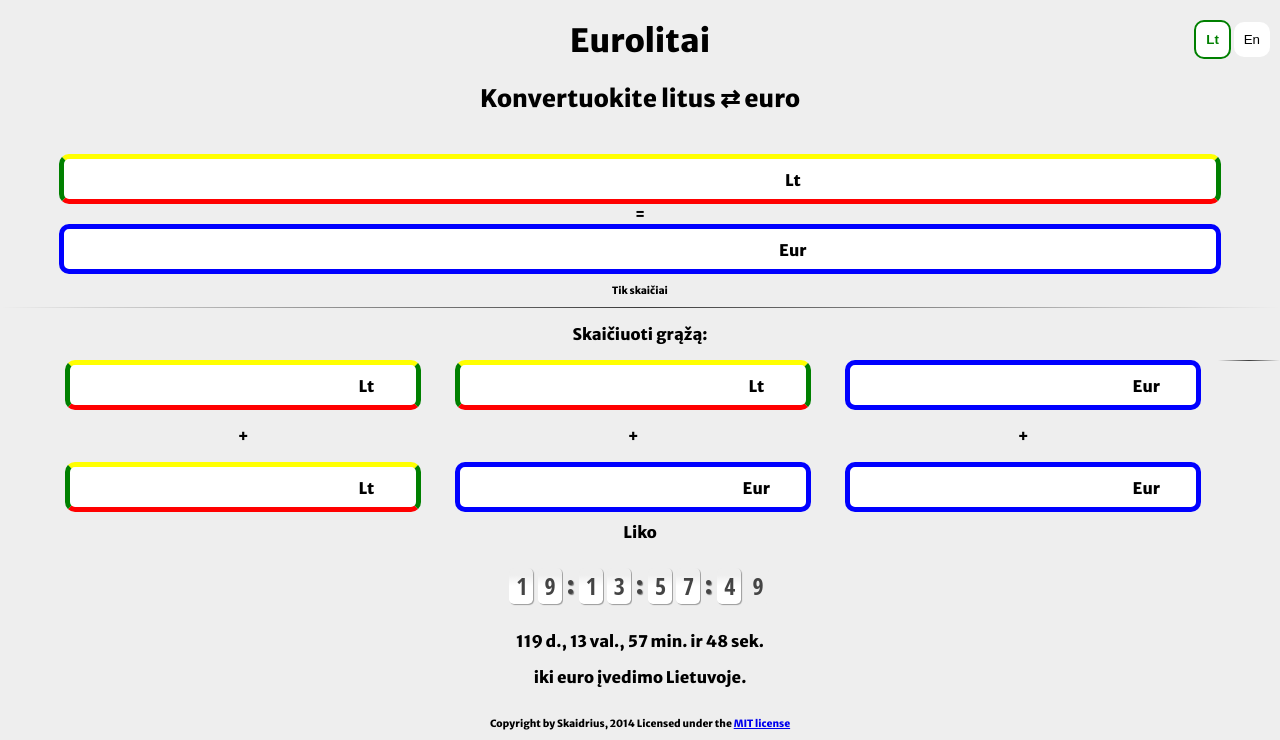
Repository: Skaidrius/eurolitai
Page: index.html
The author's editor kept a record of every edit. The page is drawn from the files as they stood at one moment, then again after the next edit.
The browser window is 1280 px wide. The pictures show the whole page.
Some web libraries are served in a nearby version.

Above is the page before.

### index.html
<!DOCTYPE html>
<html>
  <head>
    <meta charset="utf-8">
    <meta http-equiv="X-UA-Compatible" content="IE=edge,chrome=1">
    <title>Eurolitai</title>
    <meta name="title" content="Eurolitai">
    <meta name="description" content="litų į/iš euro konverteris convert LTL to/from EUR">
    <meta name="viewport" content="width=device-width" scallable="1">
    <link rel="stylesheet" type="text/css" href="style/style.css">

  </head>
  <body class="body">
    <!--calculate LTL <> Eur-->
    <div>
      <h1 class="center">Eurolitai</h1>
        <div class = "languages ">
          <button id="lithuanian" class="button round">Lt</button>
          <button id="english" class="button round">En</button>
        </div>
      <h2 class="center"><span class="lithuanian">Konvertuokite litus &#8644; euro<br> </span><span class="english">Easy convert LTL &#8644; EUR</span></h2><br>
    </div>
    <form class="form center">
      <!--LT box-->
      <div class="box lt round">
        <input class="input center" type="number" id="lt" name="lt">
        <label class="money" for="lt">Lt</label>
      </div>

      <div>&#61;<div>
      <!--En box-->
      <div class="box eur round">
        <input class="input center" type="number" id="eur" name="eur">
        <label class="money" for="eur">Eur</label>
      </div>

      <div id="error" class="alert">
        <p><span class="lithuanian">Tik skaičiai </span><span class="english"> Only numbers</span></p>
      </div>
    </form>
    <hr>
    <!--calculate change-->
    <div class="change">
      <div>
        <p><span class="lithuanian">Skaičiuoti grąžą: </span><span class="english"> Calculate change:</span></p>
        <div id="changeCalculator">
          <div class="third">
            <div class="box lt round">
              <input class="input center" type="number" id="changeLtLt1" name="lt">
              <label class="money" for="lt">Lt</label>
            </div>
            <p>+</p>
            <div class="box lt round">
              <input class="input center" type="number" id="changeLtLt2" name="lt">
              <label class="money" for="lt">Lt</label>
            </div>
          </div>
          <div class="third">
            <div class="box lt round">
              <input class="input center" type="number" id="changeLt" name="lt">
              <label class="money" for="lt">Lt</label>
            </div>
            <p>+</p>
            <div class="box eur round">
              <input class="input center" type="number" id="changeEur" name="eur">
              <label class="money" for="eur">Eur</label>
            </div>
          </div>
          <div class="third">
            <div class="box eur round">
              <input class="input center" type="number" id="changeEurEur1" name="eur">
              <label class="money" for="eur">Eur</label>
            </div>
            <p>+</p>
            <div class="box eur round">
              <input class="input center" type="number" id="changeEurEur2" name="eur">
              <label class="money" for="eur">Eur</label>
            </div>
          </div>
        </div>
      </div>
    </div>
      <!--explain change-->
    <div>
      <div id="explain"></div>
    </div>
    <hr>

    <!--countdown 'till 2015-01-01-->
    <div class = "center">
      <p><span class="english center">Until Euro in Lithuania </span>
      <span class="lithuanian center">Liko </span></p>
    </div>
		<div id="countdown"></div>

		<p id="note"></p>

      <div class="left">
        <span class="lithuanian center">iki euro įvedimo Lietuvoje.</span>
        <span class="english center">left.</span>
      </div>
    <script type="text/javascript" src="https://code.jquery.com/jquery-1.11.1.min.js"></script>
    <script type="text/javascript" src="script/main.js"></script>
    <script type="text/javascript" src="script/script.js"></script>
    <script type="text/javascript" src="script/countdown.js"></script>
  </body>
  <footer class="down center">Copyright by Skaidrius, 2014 Licensed under the <a href="http://opensource.org/licenses/MIT">MIT license</a></footer>
</html>

### style/style.css
@import url(http://fonts.googleapis.com/css?family=Merriweather+Sans:400,800&subset=latin,latin-ext);

/*body*/
.body {
  width:100%;
  margin: 0 auto;
  font: bold 16px 'Merriweather Sans', sans-serif;
  background: #eee;
  overflow-x: none;
}

#countDownBlock {
  padding: 10px;
}

.button {   padding: 10px;
  background: white;
  border: 3px #000;
}

.center {
  text-align: center;
  clear: both;
}

.box {
  text-align: center;
  background: white;
  margin: 0 auto;
  position: relative;
  max-width: 90%;
}

.input {
  display: inline-block;
  max-width: 65%;
  padding: 8px 12px;
  margin: 0;
  font-size: 1.3em;
  font-weight: bold;
  border: 0;
  position: relative;
  outline: 0;
  color: #53f;
}

.round {   border-radius: 10px; }

.active {
  border: 2px solid green;
  background: white;
  color: green;
  font-weight: bold;
}

.lt {
  border-top: 5px solid yellow;
  border-left: 5px solid green;
  border-right: 5px solid green;
  border-bottom: 5px solid red;
}

.eur {
  border: 5px solid blue;
  margin-bottom: 10px;
}

.money {
  padding-right: 5px;
}

.input::-webkit-outer-spin-button,
.input::-webkit-inner-spin-button {
    /* display: none; <- Crashes Chrome on hover */
    -webkit-appearance: none;
    margin: 0; /* <-- Apparently some margin are still there even though it's hidden */
}

.error {
  display: inline-block;
  font-size: 1em;
  font-weight: bold;
  padding: 10px;
  margin: 0 auto;
  margin-bottom: 1em;
  color: white;
  background-color: red;
}

.visible {  visibility: visible; }

.hidden { display: none; }

.languages {
  position: absolute;
  right: 10px;
  top: 20px;
}

.alert {   font-size: 10px; }

#countdown {
  margin: 10px auto;
}

.countdownHolder{
  padding-top: 10px;
	margin:0 auto;
	font: 24px/1.5 'Open Sans Condensed',sans-serif;
	text-align:center;
	letter-spacing:-3px;
}

.position{
	display: inline-block;
	height: 1.6em;
	overflow: hidden;
	position: relative;
	width: 1.05em;
}

.digit{
	position:absolute;
	display:block;
	width:1em;
	background-color:#eee;
	border-radius:0.2em;
	text-align:center;
	color:#444;
	letter-spacing:-1px;
}

.digit.static{
	box-shadow:1px 1px 1px rgba(4, 4, 4, 0.35);

	background-image: linear-gradient(bottom, #3A3A3A 50%, #444444 50%);
	background-image: -o-linear-gradient(bottom, #3A3A3A 50%, #444444 50%);
	background-image: -moz-linear-gradient(bottom, #3A3A3A 50%, #444444 50%);
	background-image: -webkit-linear-gradient(bottom, #3A3A3A 50%, #444444 50%);
	background-image: -ms-linear-gradient(bottom, #3A3A3A 50%, #444444 50%);

	background-image: -webkit-gradient(
		linear,
		left bottom,
		left top,
		color-stop(0.8, #eee),
		color-stop(0.5, #fff)
	);
}

/**
 * You can use these classes to hide parts
 * of the countdown that you don't need.
 */

.countDiv{
	display:inline-block;
	width:16px;
	height:1.6em;
	position:relative;
}

.countDiv:before,
.countDiv:after{
	position:absolute;
	width:5px;
	height:5px;
	background-color:#444;
	border-radius:50%;
	left:50%;
	margin-left:-3px;
	top:0.5em;
	box-shadow:1px 1px 1px rgba(4, 4, 4, 0.5);
	content:'';
}

.countDiv:after{
	top:0.9em;
}

.popular {
  display: inline-block;
}

.popular ul {
  margin-top: 0;
  padding: 0 10px;
  float: left;
  font-size: 0.7em;
  font: sans-serif;
}
.popular ul li{
  list-style: none;
}

hr {
    /* http://css-tricks.com/examples/hrs/ */
    border: 0;
    height: 1px;
    background-image: -webkit-linear-gradient(left, rgba(0,0,0,0), rgba(0,0,0,0.75), rgba(0,0,0,0));
    background-image:    -moz-linear-gradient(left, rgba(0,0,0,0), rgba(0,0,0,0.75), rgba(0,0,0,0));
    background-image:     -ms-linear-gradient(left, rgba(0,0,0,0), rgba(0,0,0,0.75), rgba(0,0,0,0));
    background-image:      -o-linear-gradient(left, rgba(0,0,0,0), rgba(0,0,0,0.75), rgba(0,0,0,0));
}
#showChange {
  margin-bottom: 10px;
}


.down {
  font-size: 10px;
  padding: 30px 0 10px 0;
}

.third:first-child{
  padding-left: 4%;
}
.changeCalculator:after{
  content: '';
  display:table;
  clear: both;
}
.changeCalculator {
  width: 100%;
}
.third {
  width: 30%;
  padding: 0 3px;
  float: left;
}
.explain:before {
  clear: both;
}

### script/main.js
(function($) {

  var ltInp = $('#lt'),
      eurInp = $('#eur'),
      changeLtLt1Inp = $('#changeLtLt1'),
      changeLtLt2Inp = $('#changeLtLt2'),
      changeLtInp = $('#changeLt'),
      changeEurInp = $('#changeEur'),
      changeEurEur1Inp = $('#changeEurEur1'),
      changeEurEur2Inp = $('#changeEurEur2'),
      lithuanianInp = $("#lithuanian"),
      englishInp = $("#english"),
      error = $('#error');

  // initialisation
  $(".english").addClass("hidden");
  lithuanianInp.addClass("active");

  //change language
  lithuanianInp.click(function(){
    $(this).addClass("active");
    englishInp.removeClass("active");
    $(".english").hide();
    $(".lithuanian").show();
  });
  englishInp.click(function(){
    $(this).addClass("active");
    lithuanianInp.removeClass("active");
    $(".lithuanian").hide();
    $(".english").show();
  });

  var show = function(){
    $(this).removeClass("hidden").addClass("visible");
  };

  var hide = function(){
    $(this).removeClass("visible").addClass("hidden");
  };

  // convert currency functions
  var toEur = function(lt){
    var eur;
    eur = (lt / 3.4528).toFixed(2);
    return eur;
  };

  var toLt = function(eur){
    var lt;
    lt = (eur * 3.4528).toFixed(2);
    return lt;
  };

  //convert currencies
  ltInp.keyup(function () {
    var lt = $(this).val(),
        eur = toEur(lt);
    if ($.isNumeric(lt)) {
      hideError();
      eurInp.val(eur).toString().replace(".", ",");
      showNumbers();
    } else {
      showError();
    }
  });

  eurInp.keyup(function () {
    var eur = $(this).val(),
        lt = toLt(eur);
    if ($.isNumeric(eur)) {
      hideError();
      ltInp.val(lt).toString().replace(".", ",");
      showNumbers();
    } else {
      showError();
    }
  });

  var hideError = function(){
    error.addClass("hidden");
    clear();
  };
  var showError = function() {
    error.removeClass("hidden").addClass("error");
  };

  //clearing functions
  var clear = function(){
    changeLtLt1Inp.val('');
    changeLtLt2Inp.val('');
    changeLtInp.val('');
    changeEurInp.val('');
    changeEurEur1Inp.val('');
    changeEurEur2Inp.val('');
  };
  var clear1 = function(){
    changeLtInp.val('');
    changeEurInp.val('');
    changeEurEur1Inp.val('');
    changeEurEur2Inp.val('');
  };
  var clear2 = function(){
    changeLtLt1Inp.val('');
    changeLtLt2Inp.val('');
    changeEurEur1Inp.val('');
    changeEurEur2Inp.val('');
  };
  var clear3 = function(){
    changeLtLt1Inp.val('');
    changeLtLt2Inp.val('');
    changeLtInp.val('');
    changeEurInp.val('');
  };

  // currency change calculator
  // first conversion LTL(EUR)=LTL+LTL
  changeLtLt1Inp.keyup(function () {
    clear1();
    var change,
        lt = $(this).val();
    change =  (ltInp.val() - lt).toFixed(2);
    changeLtLt2Inp.val(change).toString().replace(".", ",");
    showNumbers();
  });

  changeLtLt2Inp.keyup(function () {
    clear1();
    var change,
        lt = $(this).val();
    change = (ltInp.val() - lt).toFixed(2);
    changeLtLt1Inp.val(change).toString().replace(".", ",");
    showNumbers();
  });

  // second conversion LTL(EUR)=LTL+EUR
  changeLtInp.keyup(function () {
    clear2();
    var change,
        lt = $(this).val();
    change =  toEur(ltInp.val() - lt);
    changeEurInp.val(change).toString().replace(".", ",");
    showNumbers();
  });

  changeEurInp.keyup(function () {
    clear2();
    var change,
        eur = $(this).val();
    change = toLt(eurInp.val() - eur);
    changeLtInp.val(change).toString().replace(".", ",");
    showNumbers();
  });

  // third conversion LTL(EUR)=EUR+EUR
  changeEurEur1Inp.keyup(function () {
    clear3();
    var change,
        eur = $(this).val();
    change = (eurInp.val() - eur).toFixed(2);
    changeEurEur2Inp.val(change).toString().replace(".", ",");
    showNumbers();
  });

  changeEurEur2Inp.keyup(function () {
    clear3();
    var change,
        eur = $(this).val();
    change = (eurInp.val() - eur).toFixed(2);
    changeEurEur1Inp.val(change).toString().replace(".", ",");
    showNumbers();
  });

  // show calculation
  var showNumbers = function(){
    var explain = $('#explain'),
        lts = ltInp.val().toString().replace(".", ","),
        eurs = eurInp.val().toString().replace(".", ","),
        changeLtLt1 = changeLtLt1Inp.val().toString().replace(".", ","),
        changeLtLt2 = changeLtLt2Inp.val().toString().replace(".", ","),
        changeEurs = changeEurInp.val().toString().replace(".", ","),
        changeLts = changeLtInp.val().toString().replace(".", ","),
        changeEurEur1 = changeEurEur1Inp.val().toString().replace(".", ","),
        changeEurEur2 = changeEurEur2Inp.val().toString().replace(".", ","),
        calculationText;
    if (changeLtLt1 !=="" && changeLtLt2 !=="") {
      calculationText = "<p>" + lts +" Lt (" + eurs + " Eur) = " + changeLtLt1 +" Lt + " + changeLtLt2 + " Lt" + "</p>";
    } else if (changeEurs !=="" && changeLts !=="") {
      calculationText = "<p>" + lts +" Lt (" + eurs + " Eur) = " + changeLts +" Lt + " + changeEurs + " Eur" + "</p>";
    } else if (changeEurEur1 !=="" && changeEurEur2!=="" ) {
      calculationText = "<p>" + lts +" Lt (" + eurs + " Eur) = " + changeEurEur1 +" Eur + " + changeEurEur2 + " Eur" + "</p>";
    } else {
      calculationText = "<p>" + lts +" Lt (" + eurs + " Eur) " + "</p>";
    }
    explain.html(calculationText);
  };

}) (jQuery);

### script/script.js
/**
 * @name		jQuery Countdown Plugin
 * @author		Martin Angelov
 * @version 	1.0
 * @url			http://tutorialzine.com/2011/12/countdown-jquery/
 * @license		MIT License
 */

$(function(){

	var note = $('#note'),
		ts = new Date(2015, 0, 1);


	if((new Date()) > ts){
		// Notice the *1000 at the end - time must be in milliseconds
		ts = (new Date()).getTime();
	}

	$('#countdown').countdown({
		timestamp	: ts,
		callback	: function(days, hours, minutes, seconds){

			var message = "";
				if ($('#english').hasClass("active")){
				message += days + " day" + ( days==1 ? '':'s' );
				message += hours + " hour" + ( hours==1 ? '':'s' );
				message += minutes + " minute" + ( minutes==1 ? '':'s' ) + " and ";
				message += seconds + " second" + ( seconds==1 ? '':'s' ) ;
				} else {
				message += days + " d." + ", ";
				message += hours + " val." + ", ";
				message += minutes + " min." + " ir ";
				message += seconds + " sek.";
				}

			note.html(message);
		}
	});

});

### script/countdown.js
/**
 * @name		jQuery Countdown Plugin
 * @author		Martin Angelov
 * @version 	1.0
 * @url			http://tutorialzine.com/2011/12/countdown-jquery/
 * @license		MIT License
 */

(function($){
	// Number of seconds in every time division
	var days	= 24*60*60,
		hours	= 60*60,
		minutes	= 60;

	// Creating the plugin
	$.fn.countdown = function(prop){
		var options = $.extend({
			callback	: function(){},
			timestamp	: 0
		},prop);

		var left, d, h, m, s, positions;

		// Initialize the plugin
		init(this, options);

		positions = this.find('.position');

		(function tick(){

			// Time left
			left = Math.floor((options.timestamp - (new Date())) / 1000);

			if(left < 0){
				left = 0;
			}

			// Number of days left
			d = Math.floor(left / days);

			updateDuoDays(0, 1, d);
			left -= d*days;

			// Number of hours left
			h = Math.floor(left / hours);
			updateDuo(2, 3, h);
			left -= h*hours;

			// Number of minutes left
			m = Math.floor(left / minutes);
			updateDuo(4, 5, m);
			left -= m*minutes;

			// Number of seconds left
			s = left;
			updateDuo(6, 7, s);

			// Calling an optional user supplied callback
			options.callback(d, h, m, s);

			// Scheduling another call of this function in 1s
			setTimeout(tick, 1000);
		})();

		// This function updates two digit positions at once
		function updateDuo(minor,major,value){
			switchDigit(positions.eq(minor),Math.floor(value/10)%10);
			switchDigit(positions.eq(major),value%10);
		}
		function updateDuoDays(minor, major,value){
			switchDigit(positions.eq(minor),Math.floor(value/10)%10);
			switchDigit(positions.eq(major),value%10);
		}


		return this;
	};


	function init(elem, options){
		elem.addClass('countdownHolder');

		// Creating the markup inside the container
		$.each(['Hours','Days','Minutes','Seconds'],function(i){
			$('<span class="count'+this+'">').html(
				'<span class="position">\
					<span class="digit static">0</span>\
				</span>\
				<span class="position">\
					<span class="digit static">0</span>\
				</span>'
			).appendTo(elem);

			if(this!="Seconds"){
				elem.append('<span class="countDiv countDiv'+i+'"></span>');
			}
		});

	}

	// Creates an animated transition between the two numbers
	function switchDigit(position,number){

		var digit = position.find('.digit')

		if(digit.is(':animated')){
			return false;
		}

		if(position.data('digit') == number){
			// We are already showing this number
			return false;
		}

		position.data('digit', number);

		var replacement = $('<span>',{
			'class':'digit',
			css:{
				top:'-2.1em',
				opacity:0
			},
			html:number
		});

		// The .static class is added when the animation
		// completes. This makes it run smoother.

		digit
			.before(replacement)
			.removeClass('static')
			.animate({top:'2.5em',opacity:0},'fast',function(){
				digit.remove();
			})

		replacement
			.delay(100)
			.animate({top:0,opacity:1},'fast',function(){
				replacement.addClass('static');
			});
	}
})(jQuery);

After the next edit:
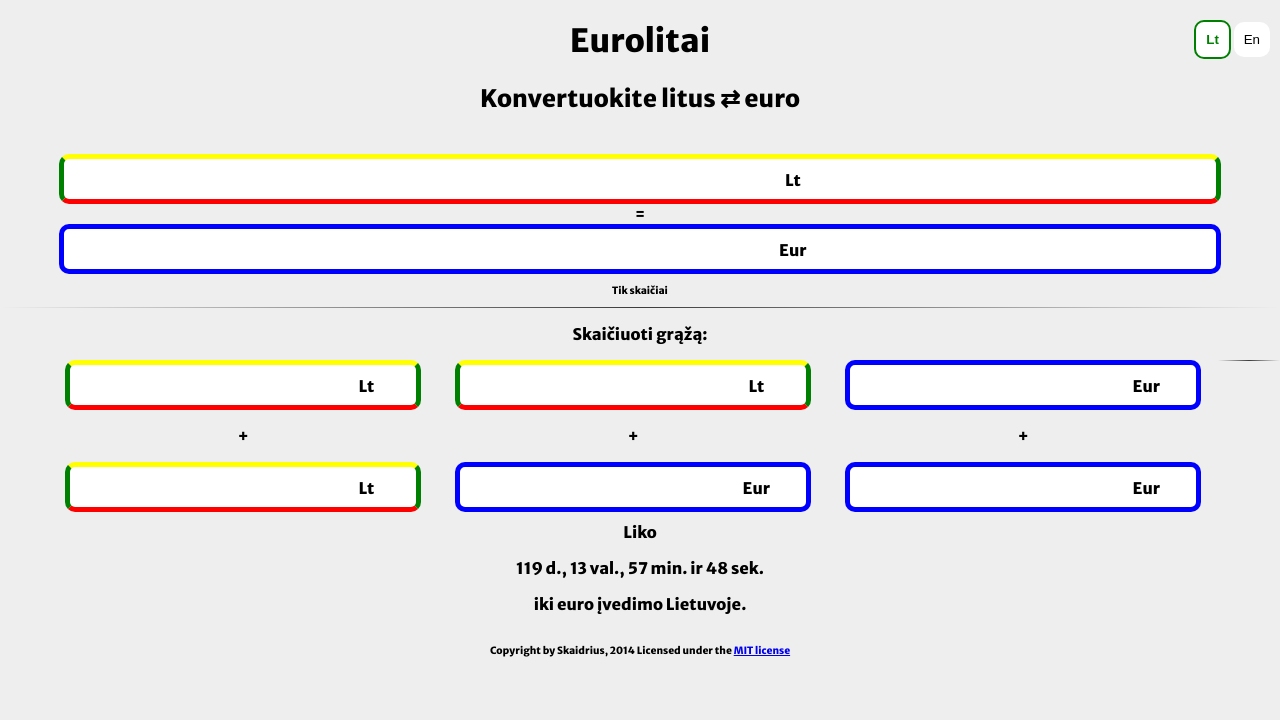
The edit:
--- a/index.html
+++ b/index.html
@@ -91,7 +91,7 @@
       <p><span class="english center">Until Euro in Lithuania </span>
       <span class="lithuanian center">Liko </span></p>
     </div>
-		<div id="countdown"></div>
+		<!--<div id="countdown"></div>-->
 
 		<p id="note"></p>
 
